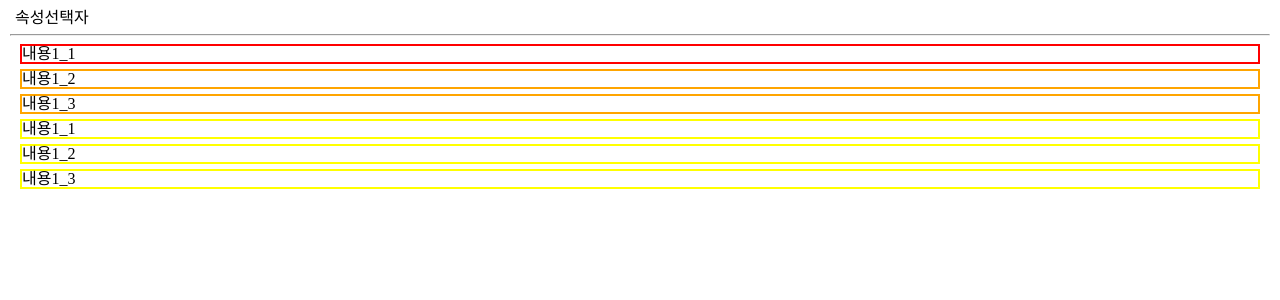
Repository: kimjoohye/study_WEB
Page: workspace/studyhtml5/WebContent/jq/jq01/jq02.html
The author's editor kept a copy of each file at every save. The page is drawn from the files as they stood at one save, then again after the next save.
The browser window is 1280 px wide. The pictures show the whole page.

Above is the page before, as saved 2022-05-10 03:02:03.

### workspace/studyhtml5/WebContent/jq/jq01/jq02.html
<!DOCTYPE html>
<html>
<head>
<meta name="viewport" content="width=device-width,initial-scale=1.0">
<meta charset="UTF-8">
<link rel="shortcut icon" type="image/x-icon" href="/studyhtml5/favicon.ico">
<!--reset 스타일시트 -->
<link rel="stylesheet" type="text/css" href="/studyhtml5/asset/css/reset.css">
<!--스타일 시트 -->
<style type="text/css">
</style>

<title>Insert title here</title>

<!-- jquery -->
<script type="text/javascript" src="/studyhtml5/asset/js/jquery-1.12.4.js"></script>
<!--자바스크립트 코드 -->
<script type="text/javascript">
   $(document).ready(function(){
       // console.log('PCWK *** document');

       $(".list1 > li[class='list_1']").css('border', '2px solid red');
       $(".list1 > li[class!='list_1']").css('border', '2px solid orange');

       /* list2 list를 포함하고 있는 li */
       $(".list2 > li[class *= 'list']").css('border', '2px solid yellow');
   });
</script>
</head>
<body>
   <h2>속성선택자</h2>
   <hr/>

   <ul class="list1">
    <li class="list_1">내용1_1</li>
    <li class="list_2">내용1_2</li>
    <li class="list_3">내용1_3</li>
   </ul>

   <ul class="list2">
    <li class="list_bg">내용1_1</li>
    <li class="list_2">내용1_2</li>
    <li class="list_3">내용1_3</li>
   </ul>

</body>
</html>

### workspace/studyhtml5/WebContent/asset/css/reset.css
@charset "UTF-8";
/* http://meyerweb.com/eric/tools/css/reset/
   v2.0 | 20110126
   License: none (public domain)
*/
html, body, div, span, applet, object, iframe,
h1, h2, h3, h4, h5, h6, p, blockquote, pre,
a, abbr, acronym, address, big, cite, code,
del, dfn, em, img, ins, kbd, q, s, samp,
small, strike, strong, sub, sup, tt, var,
b, u, i, center,
dl, dt, dd, ol, ul, li,
fieldset, form, label, legend,
table, caption, tbody, tfoot, thead, tr, th, td,
article, aside, canvas, details, embed,
figure, figcaption, footer, header, hgroup,
menu, nav, output, ruby, section, summary,
time, mark, audio, video {
    margin: 5px;
    padding: 0;
    border: 0;
    font-size: 100%;
    font: inherit;
    vertical-align: baseline;
}
/* HTML5 display-role reset for older browsers */
article, aside, details, figcaption, figure,
footer, header, hgroup, menu, nav, section {
    display: block;
}
body {
    line-height: 1;
}
ol, ul {
    list-style: none;
}
blockquote, q {
    quotes: none;
}
blockquote:before, blockquote:after,
q:before, q:after {
    content: '';
    content: none;
}
table {
    border-collapse: collapse;
    border-spacing: 0;
}

Loaded but not shown: workspace/studyhtml5/WebContent/asset/js/jquery-1.12.4.js (library)

After the next save:
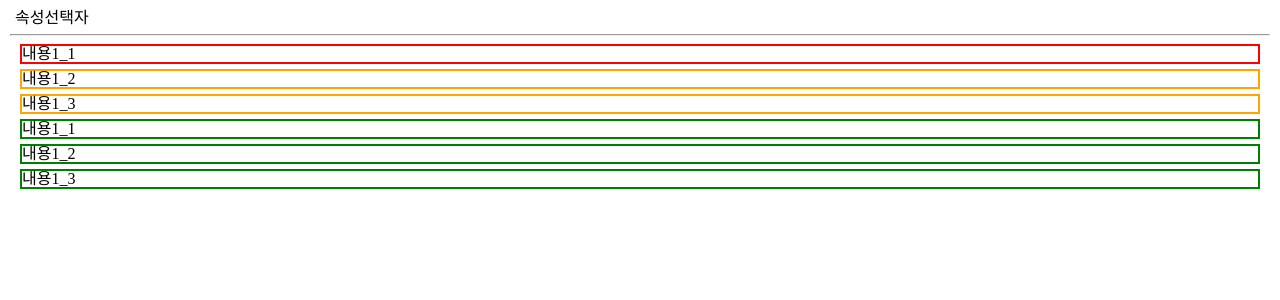
Saved 21 s later.
--- a/workspace/studyhtml5/WebContent/jq/jq01/jq02.html
+++ b/workspace/studyhtml5/WebContent/jq/jq01/jq02.html
@@ -23,7 +23,7 @@
        $(".list1 > li[class!='list_1']").css('border', '2px solid orange');
 
        /* list2 list를 포함하고 있는 li */
-       $(".list2 > li[class *= 'list']").css('border', '2px solid yellow');
+       $(".list2 > li[class *= 'list']").css('border', '2px solid green');
    });
 </script>
 </head>
